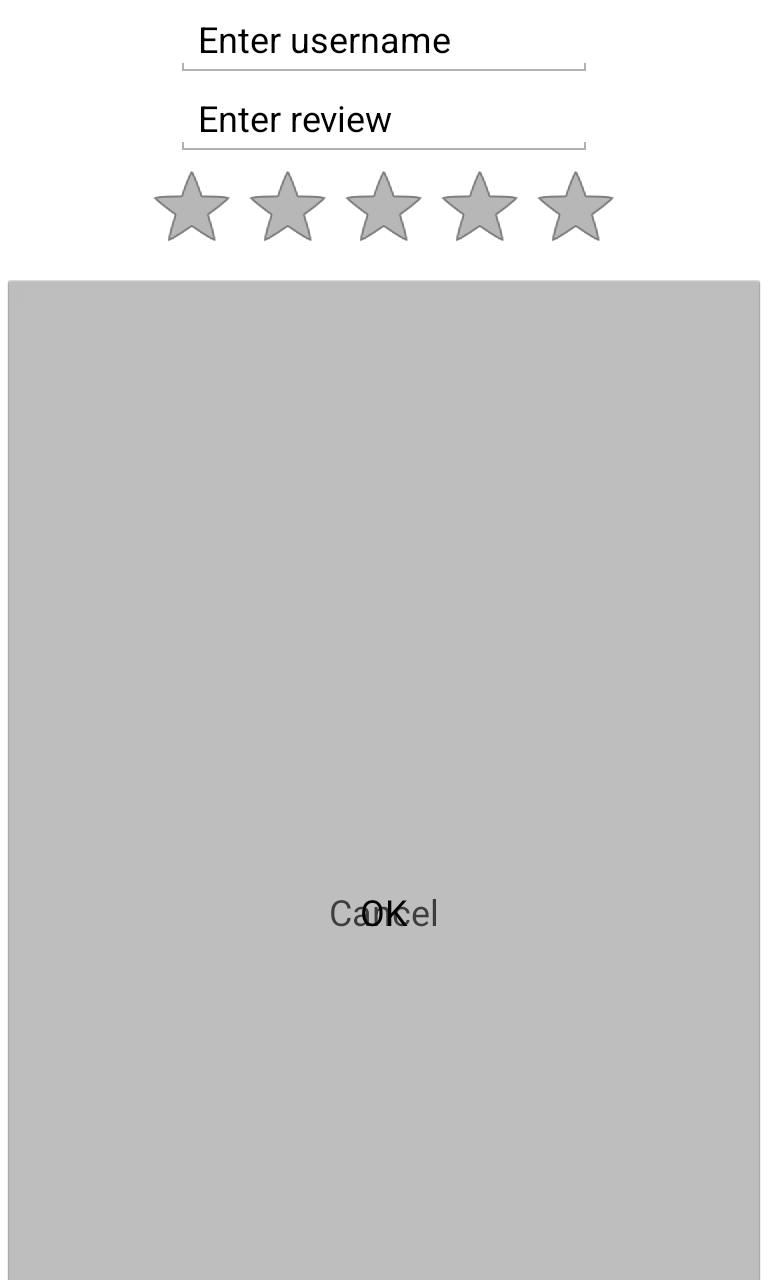
Repository: yash256/atnt
Layout: WNY Farm Fresh/res/layout/dialog.xml
These files come from the project's save history. The layout is drawn as it stood at one moment and after the next save; the edit follows.
It is drawn on a 768 x 1280 px phone screen (xhdpi) without system bars, with theme AppTheme; the app's code is not run.

Above is the layout before, as saved 2014-11-10 20:43:43.

### WNY Farm Fresh/res/layout/dialog.xml
<?xml version="1.0" encoding="utf-8"?>
<GridLayout xmlns:android="http://schemas.android.com/apk/res/android"
    android:layout_width="match_parent"
    android:layout_height="match_parent"
    android:orientation="vertical"
    android:columnCount="8" xmlns:tools="http://schemas.android.com/tools">



    <EditText
        android:id="@+id/username"
        android:layout_columnSpan="6"
        android:layout_gravity="center_horizontal"
        android:ems="10"
        android:text="@string/username_edittext"
        android:inputType="textPersonName"
        android:layout_row="0">

    </EditText>
    <EditText
        android:id="@+id/review_text"
        android:layout_columnSpan="6"
        android:layout_gravity="center_horizontal"
        android:ems="10"
        android:text="@string/review_text_edittext"
        android:inputType="textMultiLine"
        android:layout_row="1">
    </EditText>

    <RatingBar
        android:id="@+id/ratingBar1"
        android:layout_columnSpan="8"
        android:layout_gravity="center_horizontal"
        android:layout_row="2"
        />
    <Button
        android:id="@+id/cancel_review"
        android:text="@string/cancel"
		android:layout_columnSpan="4"
        android:layout_gravity="left"
        android:layout_row="3"
        android:layout_width="fill_parent"
        android:layout_height="fill_parent"/>
        <Button
        android:id="@+id/ok_review"
        android:text="@string/ok"
        android:layout_columnSpan="4"
        android:layout_gravity="right"
        android:layout_row="3"
        android:layout_width="fill_parent"
        android:layout_height="fill_parent" />

</GridLayout>

### WNY Farm Fresh/res/values/strings.xml
<?xml version="1.0" encoding="utf-8"?>
<resources>

    <string name="app_name">Farmdroid</string>
    <string name="hello_world">Hello world!</string>
    <string name="action_settings">Settings</string>
    <string name="username">username</string>
    <string name="rating">Rating</string>
    <string name="review_text">review text</string>
    <string name="title_activity_main">MainActivity</string>
    <string name="top_items_header_text">Best known for</string>
    <string name="reviews_header">Reviews</string>
	<string name="username_edittext">Enter username</string>
	<string name="review_text_edittext">Enter review</string>
	<string name="add_review_btn">Add Review</string>
	<string name="cancel">Cancel</string>
	<string name="ok">OK</string>
</resources>

Loaded but not shown: WNY Farm Fresh/res/values/styles.xml (common file); WNY Farm Fresh/res/values-v11/styles.xml (common file); WNY Farm Fresh/res/values-v14/styles.xml (common file)

After the next save:
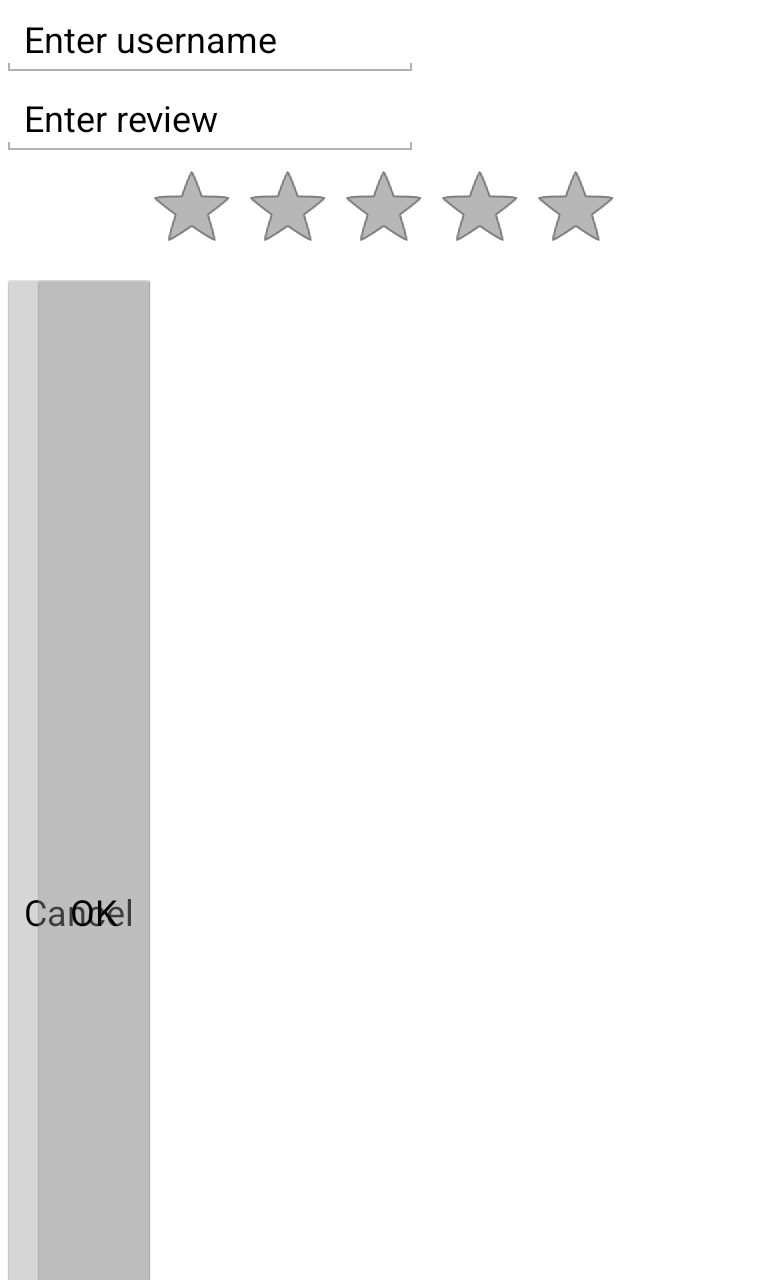
Saved 47 s later.
--- a/WNY Farm Fresh/res/layout/dialog.xml
+++ b/WNY Farm Fresh/res/layout/dialog.xml
@@ -39,7 +39,7 @@
 		android:layout_columnSpan="4"
         android:layout_gravity="left"
         android:layout_row="3"
-        android:layout_width="fill_parent"
+        android:layout_width="wrap_content"
         android:layout_height="fill_parent"/>
         <Button
         android:id="@+id/ok_review"
@@ -47,7 +47,7 @@
         android:layout_columnSpan="4"
         android:layout_gravity="right"
         android:layout_row="3"
-        android:layout_width="fill_parent"
+        android:layout_width="wrap_content"
         android:layout_height="fill_parent" />
 
 </GridLayout>
